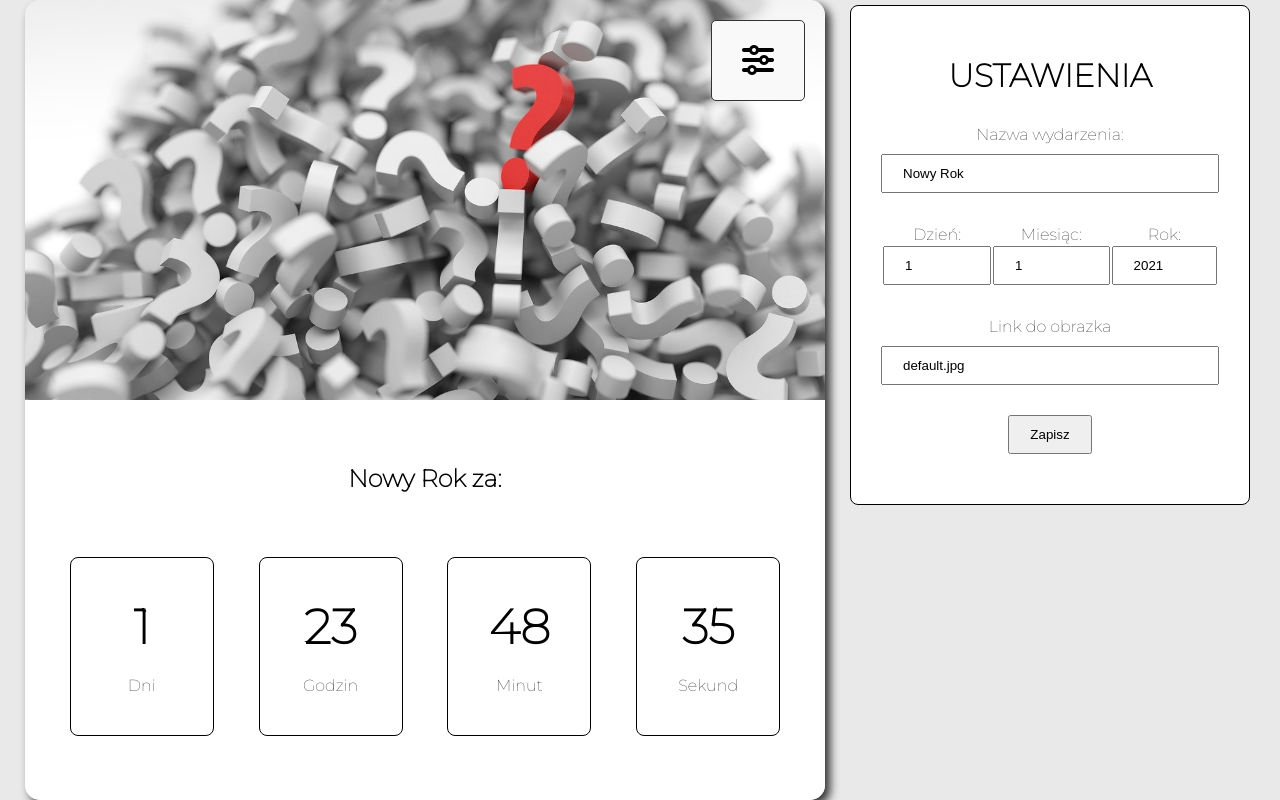
Repository: KrzysKolo/Projekt-8_Czasomierz
Page: index.html
These files come from the project's save history. The page is drawn as it stood at one moment and after the next save; the edit follows.
The browser window is 1280 px wide. The pictures show the whole page.
Some web libraries are served in a nearby version.

Above is the page before, as saved 2020-07-20 16:06:10.

After the next save:
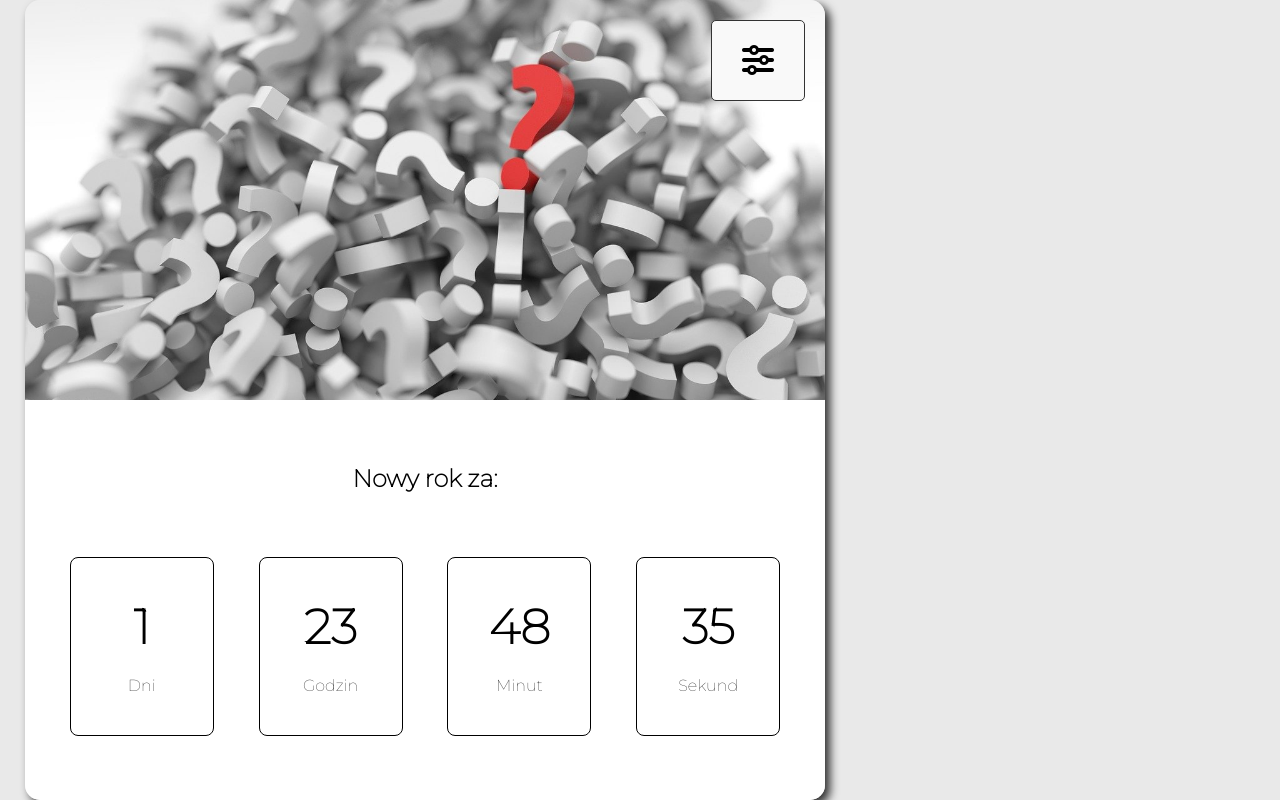
Saved 2 min 52 s later.
--- a/index.html
+++ b/index.html
@@ -15,11 +15,11 @@
     <title>Projekt 9</title>
   </head>
   <body>
-    <main class="counter-app">
-      <div class="settings active">
-        <h1>Ustawienia</h1>
-        <label for="event-name">Nazwa wydarzenia: </label>
-        <input type="text" id="event-name" value="Nowy Rok" />
+    <div class="counter-app">
+      <div class="settings">
+        <h1>ustawienia</h1>
+        <label for="event-name">Nazwa wydarzenia:</label>
+        <input type="text" id="event-name" value="Nowy rok" />
         <table class="date">
           <tr>
             <td><label for="event-day">Dzień:</label></td>
@@ -38,42 +38,40 @@
             </td>
           </tr>
         </table>
-        <label for="eveny-image">Link do obrazka</label>
-        <input type="text" id="eveny-image" value="default.jpg" />
+        <label for="event-image">Link do obrazka:</label>
+        <input type="text" id="event-image" value="default.jpg" />
+
         <button class="save">Zapisz</button>
       </div>
 
       <div class="app-body">
         <div class="image-section">
-          <div class="settings-btn">
-            <i class="fas fa-sliders-h"></i>
-          </div>
+          <div class="settings-btn"><i class="fas fa-sliders-h"></i></div>
         </div>
         <div class="time-section">
-          <h3>
-            <span class="event">Nowy Rok</> </span>za:
-          </h3>
+          <h3><span class="event">Nowy rok</span> za:</h3>
           <div class="time-cards">
             <div class="card">
-                <p class="days-count number">1</p>
-                <p class="card-title">Dni</p>
+              <p class="days-count number">1</p>
+              <p class="card-title">Dni</p>
             </div>
             <div class="card">
-                <p class="hours-count number">23</p>
-                <p class="card-title">Godzin</p>
+              <p class="hours-count number">23</p>
+              <p class="card-title">Godzin</p>
             </div>
             <div class="card">
-                <p class="minutes-count number">48</p>
-                <p class="card-title">Minut</p>
+              <p class="minutes-count number">48</p>
+              <p class="card-title">Minut</p>
             </div>
             <div class="card">
-                <p class="seconds-count number">35</p>
-                <p class="card-title">Sekund</p>
+              <p class="seconds-count number">35</p>
+              <p class="card-title">Sekund</p>
             </div>
           </div>
         </div>
       </div>
-    </main>
+    </div>
+
     <script src="./js/index.js"></script>
   </body>
 </html>
